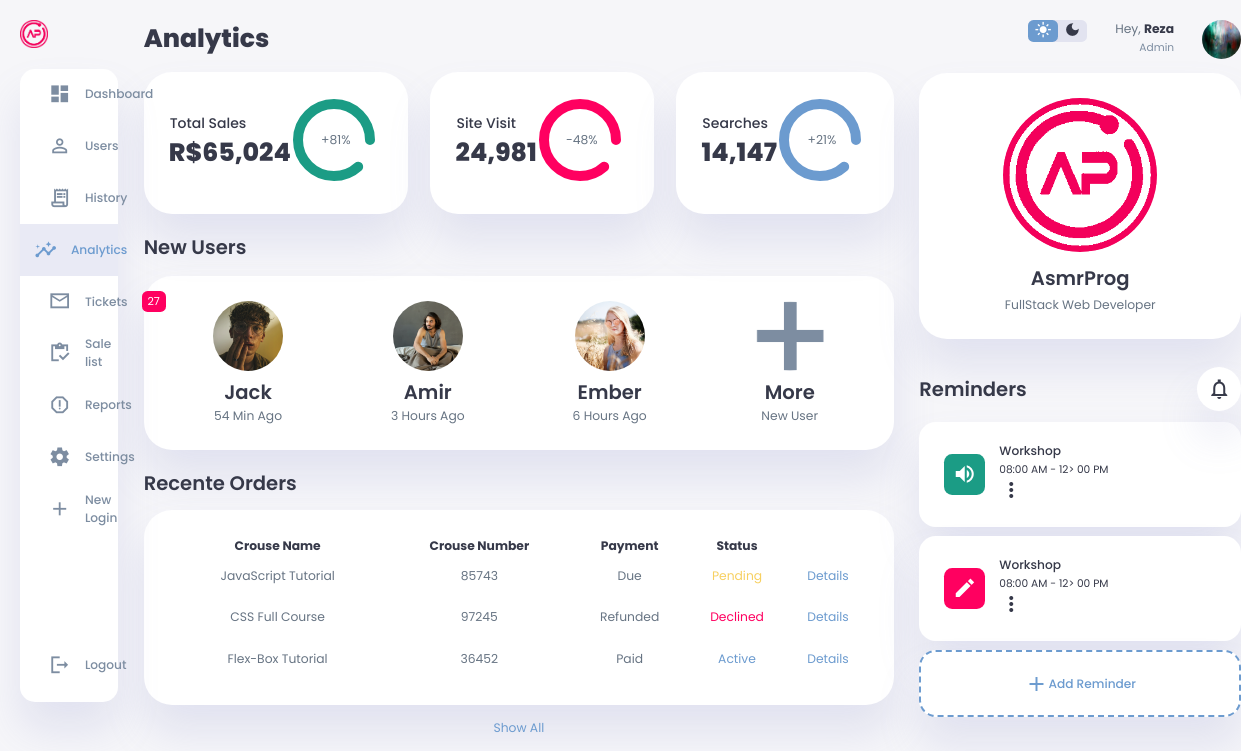
Repository: pheonix5/ProjetosRN-linux
Page: DashBoard/index.html
These files come from the project's save history. The page is drawn as it stood at one moment and after the next save; the edit follows.
The browser window is 1024 px wide. The page is 1241 px wide, so the pictures cover 1241 px, including what lies to the right of the window. The pictures show the whole page.

Above is the page before, as saved 2023-08-06 03:22:51.

After the next save:
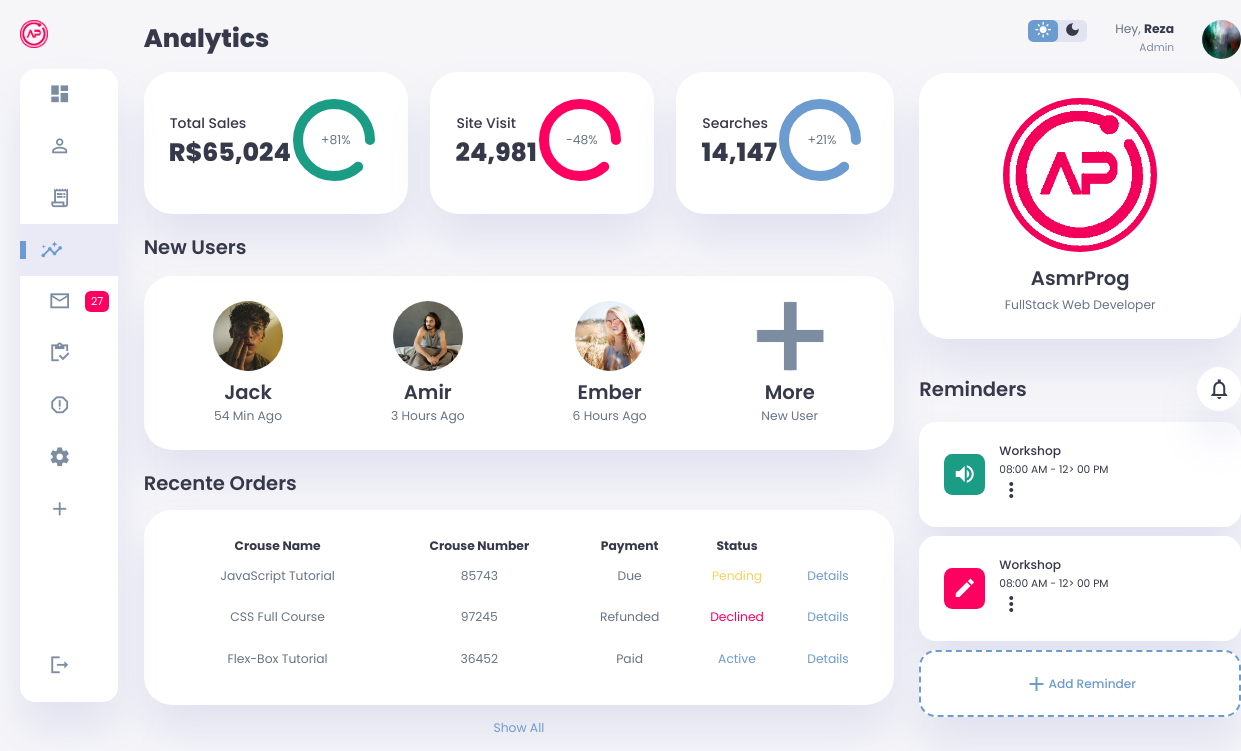
Saved 14 s later.
--- a/DashBoard/style.css
+++ b/DashBoard/style.css
@@ -544,4 +544,8 @@ main .recent-orders a{
   aside .logo h2{
     display: none;
   }
-}
+
+  aside .sidebar h3{
+    display: none;
+  }
+}
